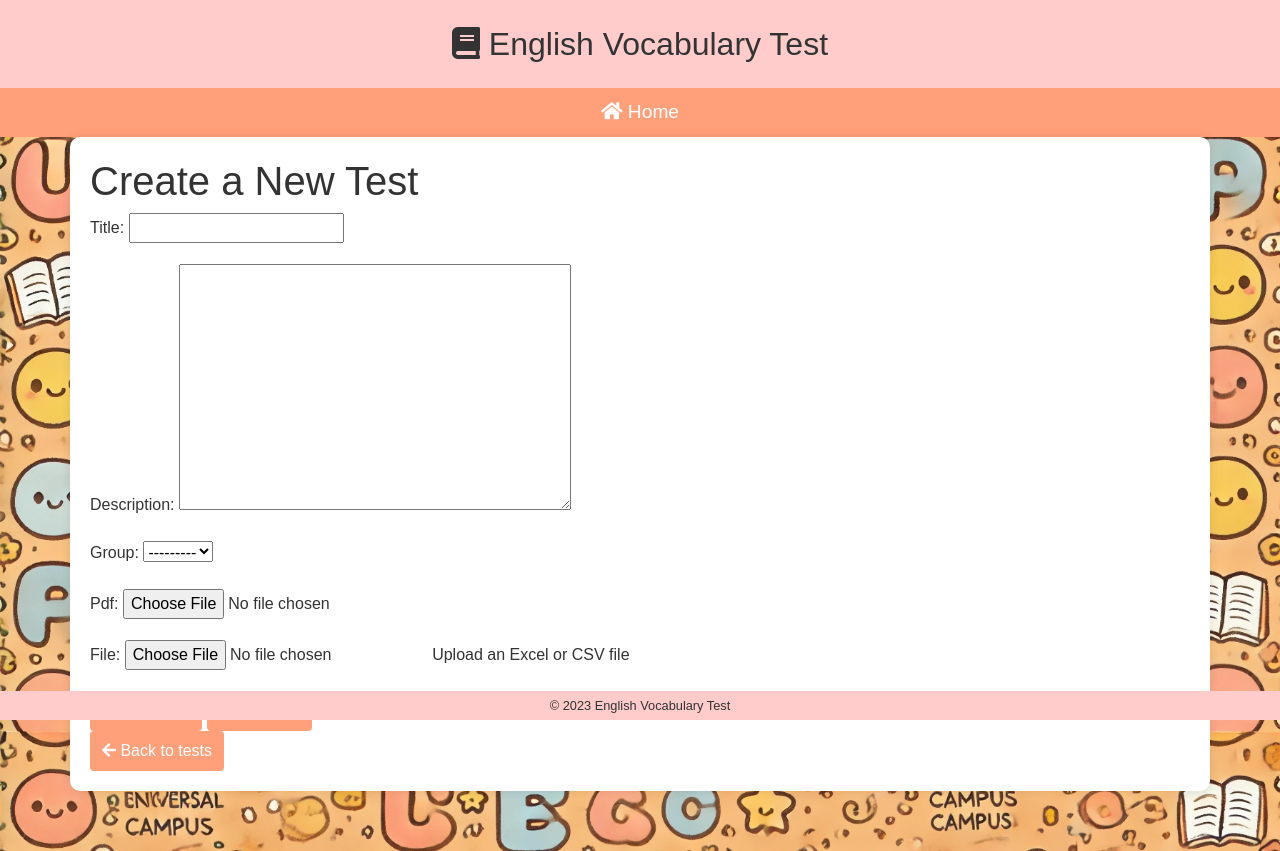
Repository: YamatoGH/testapp
Page: http://localhost/create-test/
An editor plug-in stored every save of this project. The page is shown before and after the next save, followed by the edit.
The browser window is 1280 px wide. The pictures show the whole page.
Backgrounds fixed to the window are drawn as part of the page. The page is served by the project's application, run on Django 5.2 (manage.py). Other server files are loaded and not shown. The page reads the database file committed with the project.

Above is the page before, as saved 2024-07-29 12:24:07.

### testapp/templates/testapp/create_test.html
{% extends "testapp/base.html" %}

{% block title %}Create Test{% endblock %}

{% block content %}
<h1>Create a New Test</h1>
<form method="post" enctype="multipart/form-data">
    {% csrf_token %}
    {{ form.as_p }}
    <div id="word-forms">
        {{ formset.management_form }}
        {% for word_form in formset %}
            <div class="word-form">
                {{ word_form.word.label_tag }} {{ word_form.word }}
                {{ word_form.meaning.label_tag }} {{ word_form.meaning }}
                <button type="button" class="btn btn-danger remove-word"><i class="fas fa-minus"></i> Remove</button>
            </div>
        {% endfor %}
    </div>
    <button type="button" id="add-word" class="btn btn-custom"><i class="fas fa-plus"></i> Add Word</button>
    <button type="submit" class="btn btn-custom">Create Test</button>
</form>
<a href="{% url 'home' %}" class="btn btn-custom"><i class="fas fa-arrow-left"></i> Back to tests</a>

<script>
document.addEventListener('DOMContentLoaded', function() {
    var formIndex = parseInt('{{ formset.total_form_count }}', 10) || 0;
    var addButton = document.getElementById('add-word');
    var wordFormsDiv = document.getElementById('word-forms');

    // Add Word Button Click Event
    addButton.addEventListener('click', function() {
        var newForm = document.createElement('div');
        newForm.classList.add('word-form');
        newForm.innerHTML = `
            <label for="id_words-${formIndex}-word">Word:</label>
            <input type="text" name="words-${formIndex}-word" maxlength="100" required id="id_words-${formIndex}-word">
            <label for="id_words-${formIndex}-meaning">Meaning:</label>
            <input type="text" name="words-${formIndex}-meaning" maxlength="255" required id="id_words-${formIndex}-meaning">
            <button type="button" class="btn btn-danger remove-word"><i class="fas fa-minus"></i> Remove</button>
        `;
        wordFormsDiv.appendChild(newForm);
        formIndex++;

        // Update TOTAL_FORMS
        document.querySelector('#id_words-TOTAL_FORMS').value = formIndex;

        // Add Remove Event
        newForm.querySelector('.remove-word').addEventListener('click', function() {
            newForm.remove();
            formIndex--;
            document.querySelector('#id_words-TOTAL_FORMS').value = formIndex;
        });
    });

    // Add Remove Event to Existing Forms
    document.querySelectorAll('.remove-word').forEach(function(button) {
        button.addEventListener('click', function(event) {
            event.target.closest('.word-form').remove();
            formIndex--;
            document.querySelector('#id_words-TOTAL_FORMS').value = formIndex;
        });
    });
});
</script>
{% endblock %}

### testapp/templates/testapp/base.html
<!DOCTYPE html>
<html>
<head>
    {% load static %}
    <title>{% block title %}English Vocabulary Test{% endblock %}</title>
    <link rel="stylesheet" href="https://stackpath.bootstrapcdn.com/bootstrap/4.3.1/css/bootstrap.min.css">
    <link rel="stylesheet" href="https://cdnjs.cloudflare.com/ajax/libs/font-awesome/5.15.3/css/all.min.css">
    <link rel="stylesheet" type="text/css" href="{% static 'testapp/css/style.css' %}">
</head>
<body>
    <header>
        <i class="fas fa-book"></i> English Vocabulary Test
    </header>
    <nav>
        <a href="{% url 'home' %}"><i class="fas fa-home"></i> Home</a>
    </nav>
    <div class="container">
        {% block content %}{% endblock %}
    </div>
    <footer>
        &copy; 2023 English Vocabulary Test
    </footer>
</body>
<script>
    document.addEventListener("DOMContentLoaded", function() {
        var coll = document.getElementsByClassName("collapsible");
        for (var i = 0; i < coll.length; i++) {
            coll[i].addEventListener("click", function() {
                this.classList.toggle("active");
                var content = this.nextElementSibling;
                if (content.style.display === "block") {
                    content.style.display = "none";
                } else {
                    content.style.display = "block";
                }
            });
        }
    });
</script>
</html>

### testapp/forms.py
from django import forms
from .models import Test, Word, Group
from .models import Student

class WordForm(forms.Form):
    word = forms.CharField(label='Word', max_length=100)
    meaning = forms.CharField(label='Meaning', max_length=255)

class TestForm(forms.ModelForm):
    file = forms.FileField(required=False, help_text='Upload an Excel or CSV file')
    group = forms.ModelChoiceField(queryset=Group.objects.all(), required=False)

    class Meta:
        model = Test
        fields = ['title', 'description', 'group', 'pdf']

    words = forms.CharField(widget=forms.HiddenInput(), required=False)

    def save(self, commit=True):
        instance = super(TestForm, self).save(commit=False)
        if commit:
            instance.save()
            words_data = self.cleaned_data['words']
            words_list = words_data.split(',')
            for word_pair in words_list:
                if word_pair:
                    word, meaning = word_pair.split(':')
                    word_obj, created = Word.objects.get_or_create(word=word.strip(), meaning=meaning.strip())
                    instance.words.add(word_obj)
        return instance

# UploadFileForm の追加
class UploadFileForm(forms.Form):
    file = forms.FileField()



class StudentForm(forms.ModelForm):
    class Meta:
        model = Student
        fields = ['name']

class StudentDetailForm(forms.ModelForm):
    class Meta:
        model = Student
        fields = ['name', 'test_group', 'current_test', 'start_index', 'last_index', 'notes']

### testapp/models.py
from django.db import models

class Word(models.Model):
    word = models.CharField(max_length=100)
    meaning = models.CharField(max_length=255)

    def __str__(self):
        return self.word

class Group(models.Model):
    name = models.CharField(max_length=100)

    def __str__(self):
        return self.name

class Test(models.Model):
    title = models.CharField(max_length=100)
    description = models.TextField()
    words = models.ManyToManyField(Word)
    group = models.ForeignKey(Group, related_name='tests', on_delete=models.CASCADE, null=True)
    pdf = models.FileField(upload_to='pdfs/', null=True, blank=True)  # 追加

    def __str__(self):
        return self.title

class Student(models.Model):
    name = models.CharField(max_length=100)
    test_group = models.ForeignKey(Group, on_delete=models.SET_NULL, null=True, blank=True)
    current_test = models.ForeignKey(Test, on_delete=models.SET_NULL, null=True, blank=True)
    start_index = models.IntegerField(null=True, blank=True)
    last_index = models.IntegerField(null=True, blank=True)
    notes = models.TextField(blank=True, null=True)

    def __str__(self):
        return f"{self.name} "

### testapp/views.py
from django.shortcuts import render, get_object_or_404, redirect
from .models import Test, Word, Student, Group
from .forms import StudentDetailForm, TestForm
import random

def home(request):
    groups = Group.objects.all()
    return render(request, 'testapp/home.html', {'groups': groups})

def create_test(request):
    if request.method == 'POST':
        form = TestForm(request.POST, request.FILES)
        if form.is_valid():
            test = form.save()
            return redirect('home')
    else:
        form = TestForm()
    return render(request, 'testapp/create_test.html', {'form': form})

def test_detail(request, pk):
    test = get_object_or_404(Test, pk=pk)
    if test.pdf:  # PDFが存在する場合
        return render(request, 'testapp/test_detail_pdf.html', {'test': test})
    else:
        words = test.words.all()
        return render(request, 'testapp/test_detail.html', {'test': test, 'words': words})

def print_test(request, pk, start_index, end_index, shuffle):
    test = get_object_or_404(Test, pk=pk)
    words = list(test.words.all())
    if shuffle == 'yes':
        random.shuffle(words)
    words = words[start_index:end_index]
    return render(request, 'testapp/print_test.html', {'test': test, 'words': words})

def print_test_with_answers(request, pk, start_index, end_index, shuffle):
    test = get_object_or_404(Test, pk=pk)
    words = list(test.words.all())
    if shuffle == 'yes':
        random.shuffle(words)
    words = words[start_index:end_index]
    return render(request, 'testapp/print_test_with_answers.html', {'test': test, 'words': words})

def add_student(request):
    if request.method == 'POST':
        form = StudentDetailForm(request.POST)
        if form.is_valid():
            form.save()
            return redirect('student_list')
    else:
        form = StudentDetailForm()
    return render(request, 'testapp/add_student.html', {'form': form})

def student_list(request):
    students = Student.objects.all()
    return render(request, 'testapp/student_list.html', {'students': students})

def student_detail(request, pk):
    student = get_object_or_404(Student, pk=pk)
    if request.method == 'POST':
        form = StudentDetailForm(request.POST, instance=student)
        if form.is_valid():
            form.save()
            return redirect('student_list')
    else:
        form = StudentDetailForm(instance=student)
    return render(request, 'testapp/student_detail.html', {'form': form, 'student': student})

def group_tests(request, pk):
    group = get_object_or_404(Group, pk=pk)
    tests = group.tests.all()
    return render(request, 'testapp/group_tests.html', {'group': group, 'tests': tests})

### vocab_test/urls.py
"""
URL configuration for vocab_test project.

The `urlpatterns` list routes URLs to views. For more information please see:
    https://docs.djangoproject.com/en/5.0/topics/http/urls/
Examples:
Function views
    1. Add an import:  from my_app import views
    2. Add a URL to urlpatterns:  path('', views.home, name='home')
Class-based views
    1. Add an import:  from other_app.views import Home
    2. Add a URL to urlpatterns:  path('', Home.as_view(), name='home')
Including another URLconf
    1. Import the include() function: from django.urls import include, path
    2. Add a URL to urlpatterns:  path('blog/', include('blog.urls'))
"""
from django.contrib import admin
from django.urls import include, path

urlpatterns = [
    path('admin/', admin.site.urls),
    path('', include('testapp.urls')),
]

### testapp/urls.py
from django.urls import path
from . import views

urlpatterns = [
    path('', views.home, name='home'),
    path('create-test/', views.create_test, name='create_test'),
    path('test/<int:pk>/', views.test_detail, name='test_detail'),
    path('print-test/<int:pk>/<int:start_index>/<int:end_index>/<str:shuffle>/', views.print_test, name='print_test'),
    path('print-test-with-answers/<int:pk>/<int:start_index>/<int:end_index>/<str:shuffle>/', views.print_test_with_answers, name='print_test_with_answers'),
    path('add-student/', views.add_student, name='add_student'),
    path('students/', views.student_list, name='student_list'),
    path('students/<int:pk>/', views.student_detail, name='student_detail'),
    path('group-tests/<int:pk>/', views.group_tests, name='group_tests'),
]

### testapp/static/testapp/css/style.css
body {
    font-family: 'Comic Sans MS', cursive, sans-serif;
    background-color: #f0f8ff;
    color: #333;
    margin: 0;
    padding: 0;
    background-image: url('/static/testapp/images/background.jpg');
    background-size: cover;
    background-repeat: no-repeat;
    background-attachment: fixed;
    display: flex;
    flex-direction: column;
    min-height: 100vh;
}

header {
    background-color: #ffcccb;
    padding: 20px;
    text-align: center;
    font-size: 2em;
    color: #333;
}

nav {
    background-color: #ffa07a;
    padding: 10px;
    text-align: center;
}

nav a {
    margin: 0 15px;
    color: #fff;
    text-decoration: none;
    font-size: 1.2em;
}

nav a:hover {
    text-decoration: underline;
}

.container {
    flex: 1;
    padding: 20px;
    background-color: rgba(255, 255, 255, 1.0);
    border-radius: 10px;
    box-shadow: 0 0 10px rgba(0, 0, 0, 0.1);
    margin-bottom: 60px;
}

footer {
    background-color: #ffcccb;
    padding: 5px;
    text-align: center;
    font-size: 0.8em;
    position: fixed;
    width: 100%;
    bottom: 0;
}

.btn-custom {
    background-color: #ffa07a;
    border: none;
    color: white;
    padding: 8px 12px !important; /* パディングを最小限に調整 */
    text-align: center;
    text-decoration: none;
    display: inline-block;
    font-size: 16px;
    margin: 0 !important; /* マージンをゼロに設定 */
    transition-duration: 0.4s;
    cursor: pointer;
}

.btn-custom:hover {
    background-color: white !important;
    color: black !important;
    border: 2px solid #ffa07a !important;
}

.collapsible {
    cursor: pointer;
    padding: 10px;
    width: 100%;
    border: none;
    text-align: center;
    outline: none;
    font-size: 1em;
}

.active, .collapsible:hover {
    background-color: #ddd;
}

.collapsible-content {
    display: none;
    overflow: hidden;
    padding: 0 10px;
}

.fixed-buttons {
    position: fixed !important;
    bottom: 29px !important;  /* フッターの上に配置 */
    right: 0px !important;
    display: flex !important;
    flex-direction: row !important;
    gap: 0 !important; /* gapをゼロに設定 */
    align-items: center !important;
    z-index: 1000 !important;
    padding: 0 !important; /* パディングを削除 */
}

.fixed-buttons .btn-custom {
    background-color: #007bff !important;
    color: white !important;
    padding: 8px 12px !important; /* パディングを最小限に調整 */
    border-radius: 5px !important;
    text-decoration: none !important;
    box-shadow: 0 2px 5px rgba(0,0,0,0.2) !important;
    transition: background-color 0.3s ease !important;
}

.fixed-buttons .btn-custom:hover {
    background-color: #0056b3 !important;
}

/* 各ボタンの余白をゼロに設定 */
.view-all-students-button,
.all-tests-button,
.create-test-button {
    margin: 0 !important;
}

### db.sqlite3 (the tables this page reads, as SQL)
CREATE TABLE "testapp_group" ("id" integer NOT NULL PRIMARY KEY AUTOINCREMENT, "name" varchar(100) NOT NULL);
INSERT INTO "testapp_group" VALUES
(3, '5級'),
(5, '4級'),
(6, '3級'),
(7, '2級'),
(8, '1級');

After the next save:
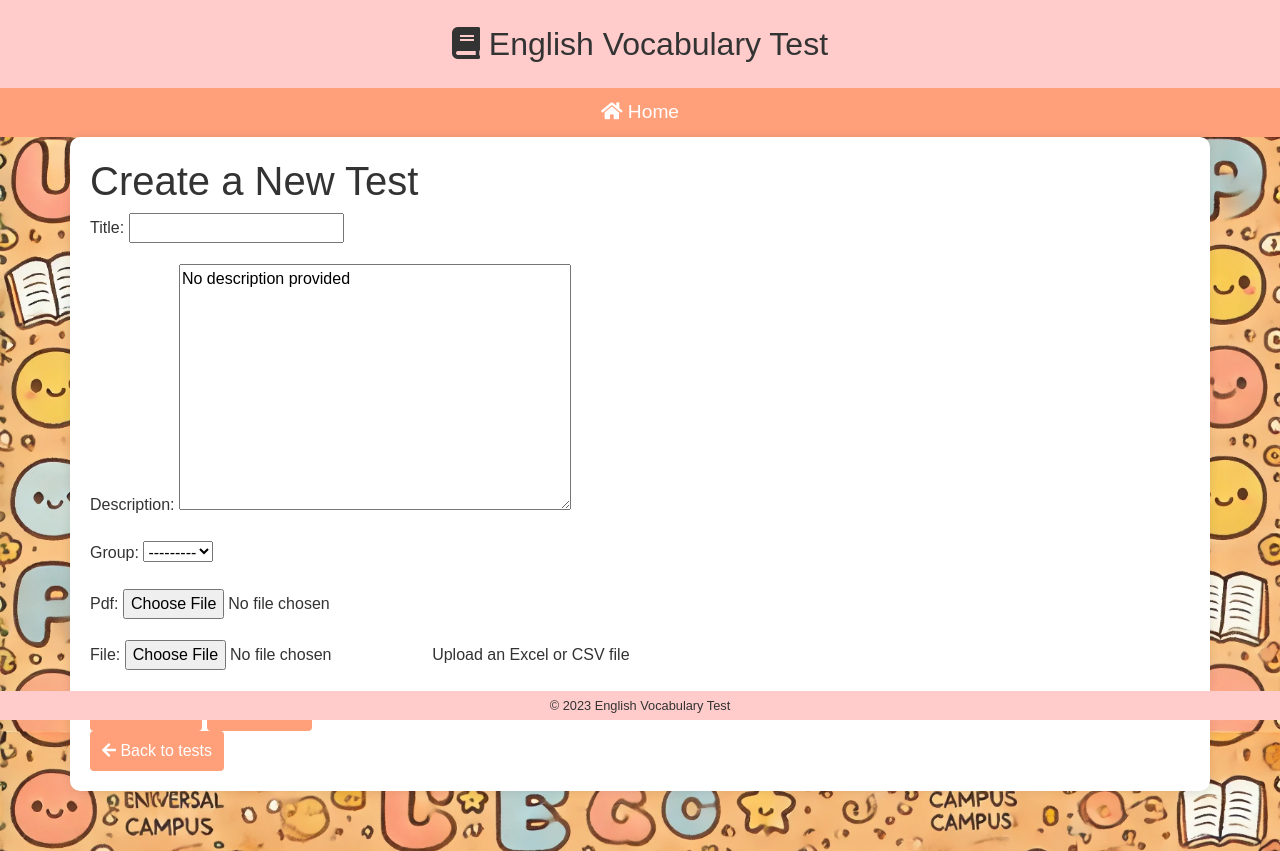
Saved 2 min 31 s later.
--- a/testapp/models.py
+++ b/testapp/models.py
@@ -15,7 +15,7 @@ class Group(models.Model):
 
 class Test(models.Model):
     title = models.CharField(max_length=100)
-    description = models.TextField()
+    description = models.TextField(default="No description provided")
     words = models.ManyToManyField(Word)
     group = models.ForeignKey(Group, related_name='tests', on_delete=models.CASCADE, null=True)
     pdf = models.FileField(upload_to='pdfs/', null=True, blank=True)  # 追加
